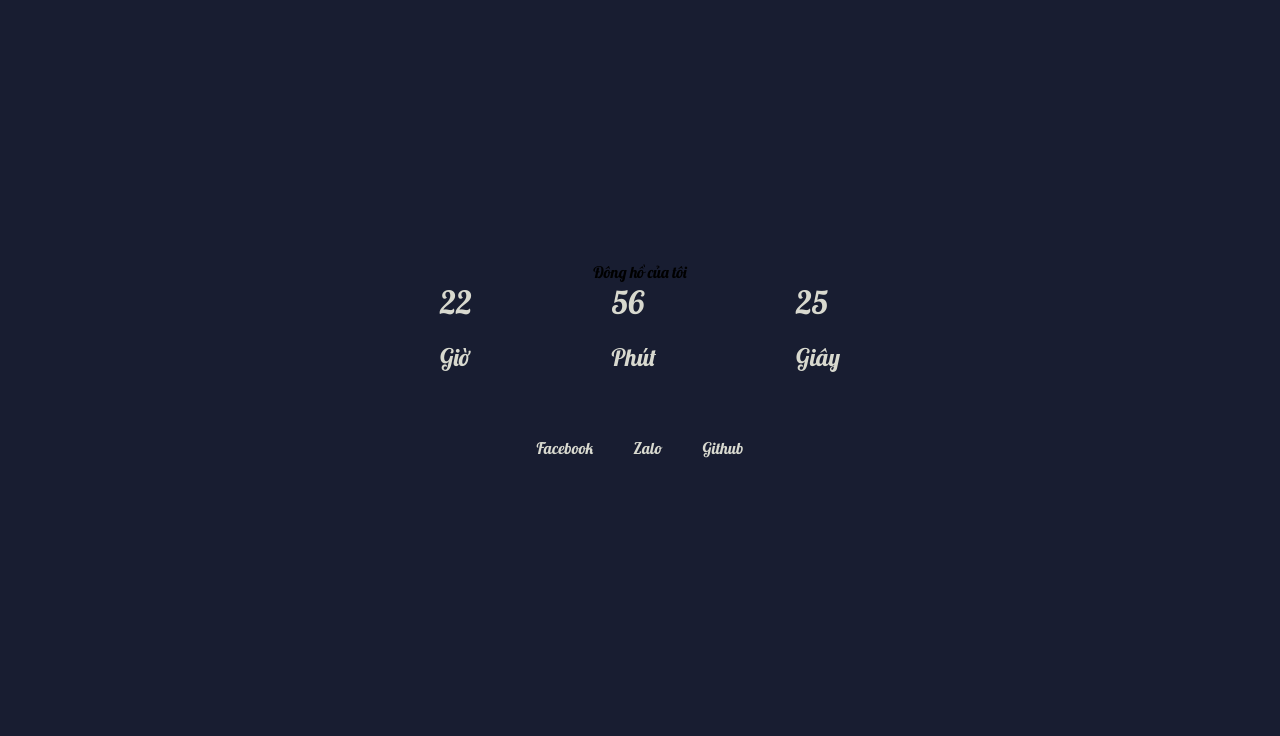
Repository: Dangtrinh28/myWatch
Page: index.html
These files come from the project's save history. The page is drawn as it stood at one moment and after the next save; the edit follows.
The browser window is 1280 px wide. The pictures show the whole page.

Above is the page before, as saved 2022-12-07 00:02:58.

### index.html
<!DOCTYPE html>
<html lang="en">

<head>
    <meta charset="UTF-8">
    <meta http-equiv="X-UA-Compatible" content="IE=edge">
    <meta name="viewport" content="width=device-width, initial-scale=1.0">
    <title>MY WATCH</title>
    <link rel="stylesheet" href="./styles/main.css">
</head>

<body>

    <div class="container">
        <div class="container__title">
            Đông hồ của tôi
        </div>

        <div class="watch__box">
            <div class="watch_list">

                <div class="watch_box-item">
                    <div id="hours" class="watch-item">0</div>
                    <span>Giờ</span>
                </div>

                <div class="watch_box-item">
                    <div id="minius" class="watch-item">0</div>
                    <span>Phút</span>
                </div>

                <div class="watch_box-item">
                    <div id="second" class="watch-item">0</div>
                    <span>Giây</span>
                </div>

            </div>
        </div>

        <ul class="contact">
            <li class="contact__item">
                <a class="contact__link" href="">Facebook</a>
            </li>
            <li class="contact__item">
                <a class="contact__link" href="">Zalo</a>
            </li>
            <li class="contact__item">
                <a class="contact__link" href="">Github</a>
            </li>
        </ul>
    </div>

    <script src="./js/app.js"></script>
</body>

</html>

### styles/main.css
@import url('https://fonts.googleapis.com/css2?family=Lobster&display=swap');

body {
    height: 100vh;
    font-family: 'Lobster', cursive;
    background-color: #181D31;
    display: flex;
    justify-content: center;
    align-items: center;
}

.container {
    display: flex;
    flex-direction: column;
    align-items: center;
    width: 100%;
    height: 100%;
    justify-content: center;
}

.watch__box {
    margin-bottom: 50px;
}

/* .contact , */
.watch_list {
    width: 400px;
    /* text-align: center; */
    display: flex;
    justify-content: space-between;
    align-items: center;
    color: #D8D9CF;
    font-size: 24px;
}

.watch_box-item {

}

.watch-item {
    margin-bottom: 20px;
    font-size: 32px;
}

.house {

}

.minius {

}

.second {

}

.contact {
    display: flex;
    list-style: none;
    padding: 0;
    justify-content: center;
}

.contact__item {
    margin: 0 20px;
}

.contact__link {
    text-decoration: none;
    color: #D8D9CF;

}

### js/app.js
function myTime() {
  let now = new Date();
  let h = now.getHours();
  let m = now.getMinutes();
  let s = now.getSeconds();

  document.getElementById("hours").innerHTML = h;
  document.getElementById("minius").innerHTML = m;
  document.getElementById("second").innerHTML = s;

  setTimeout("myTime()",1000);
}

myTime()

After the next save:
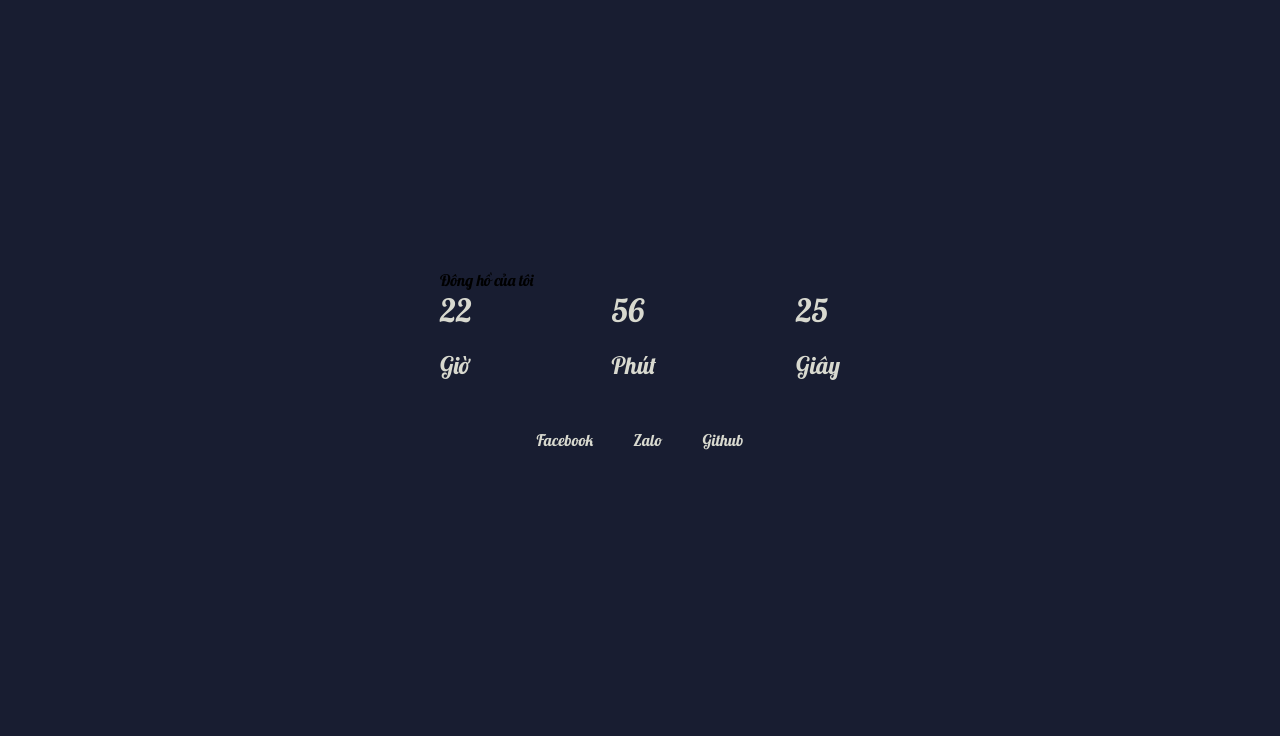
Saved 6 s later.
--- a/styles/main.css
+++ b/styles/main.css
@@ -10,12 +10,7 @@ body {
 }
 
 .container {
-    display: flex;
-    flex-direction: column;
-    align-items: center;
-    width: 100%;
-    height: 100%;
-    justify-content: center;
+
 }
 
 .watch__box {
